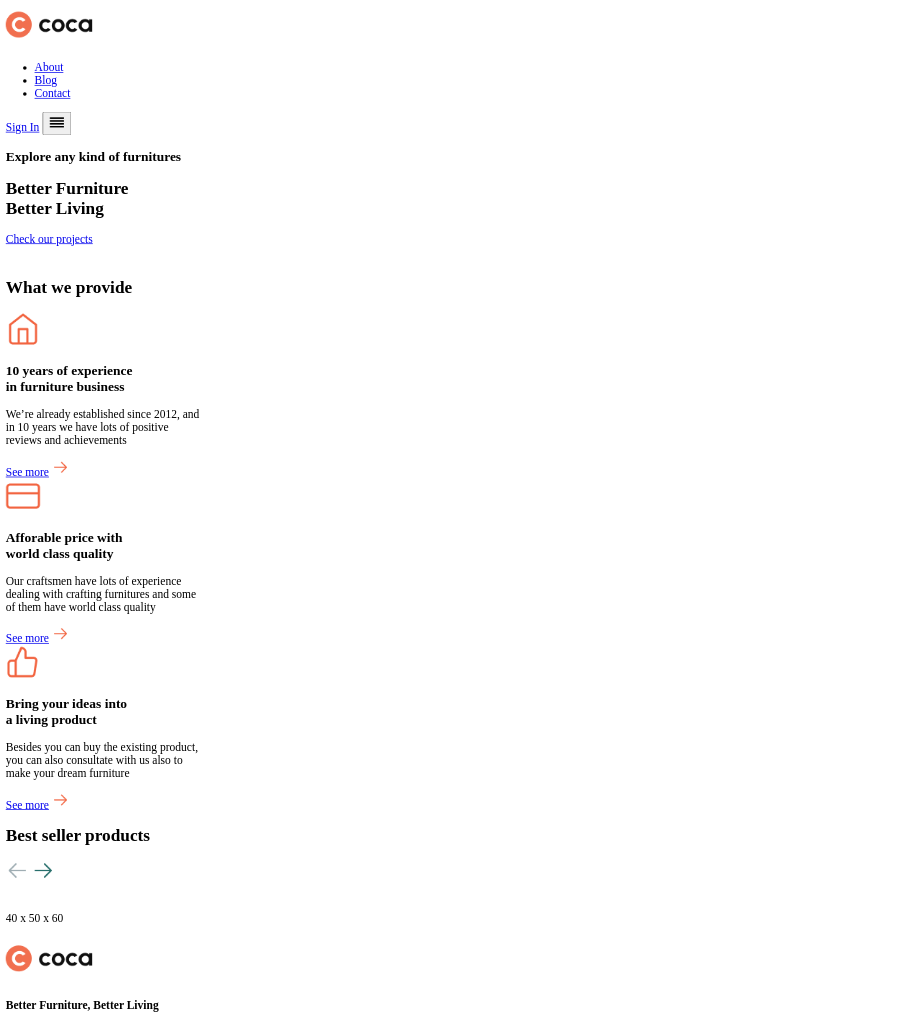
Repository: MatheusEich15/FrontEnd
Page: Prova 1 FrontEnd/Prova 1 FrontEnd/index.html
An editor plug-in stored every save of this project. The page is shown before and after the next save, followed by the edit.
The browser window is 1280 px wide. The pictures show the whole page, at 72% of full size.

Above is the page before, as saved 2026-03-12 09:34:49.

After the next save:
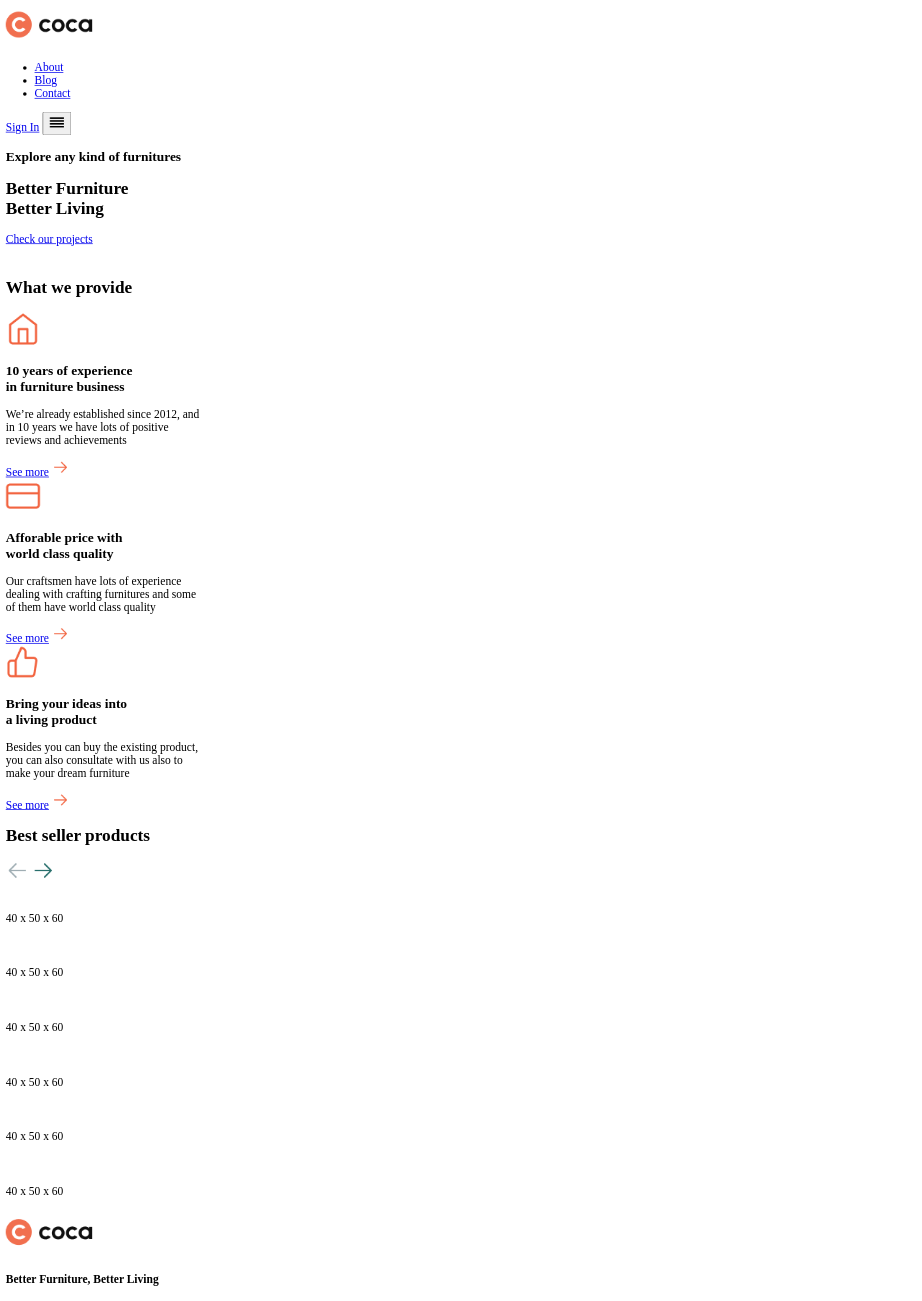
Saved 11 s later.
--- a/Prova 1 FrontEnd/Prova 1 FrontEnd/index.html
+++ b/Prova 1 FrontEnd/Prova 1 FrontEnd/index.html
@@ -105,6 +105,41 @@
                     <p>40 x 50 x 60</p>
                     <h4></h4>
                 </div>
+                <div class="product-item">
+                    <img src="" alt="">
+                    <p></p>
+                    <h3></h3>
+                    <p>40 x 50 x 60</p>
+                    <h4></h4>
+                </div>
+                <div class="product-item">
+                    <img src="" alt="">
+                    <p></p>
+                    <h3></h3>
+                    <p>40 x 50 x 60</p>
+                    <h4></h4>
+                </div>
+                <div class="product-item">
+                    <img src="" alt="">
+                    <p></p>
+                    <h3></h3>
+                    <p>40 x 50 x 60</p>
+                    <h4></h4>
+                </div>
+                <div class="product-item">
+                    <img src="" alt="">
+                    <p></p>
+                    <h3></h3>
+                    <p>40 x 50 x 60</p>
+                    <h4></h4>
+                </div>
+                <div class="product-item">
+                    <img src="" alt="">
+                    <p></p>
+                    <h3></h3>
+                    <p>40 x 50 x 60</p>
+                    <h4></h4>
+                </div>
             </div>
         </section>
 
